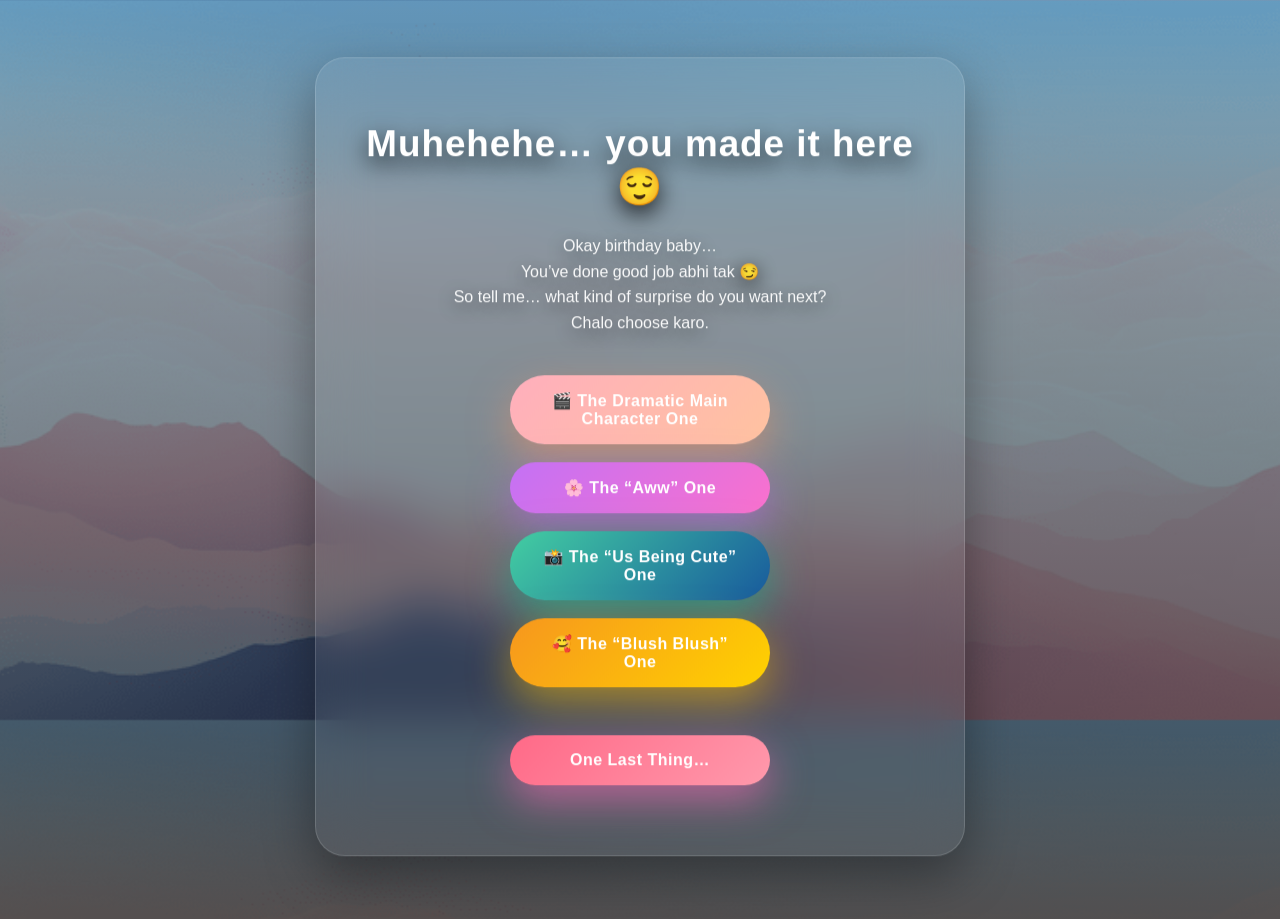
Repository: Drakaarys/muhehe
Page: fun.html
These files come from the project's save history. The page is drawn as it stood at one moment and after the next save; the edit follows.
The browser window is 1280 px wide. The pictures show the whole page.
Backgrounds fixed to the window are drawn as part of the page.

Above is the page before, as saved 2026-02-23 19:52:22.

After the next save:
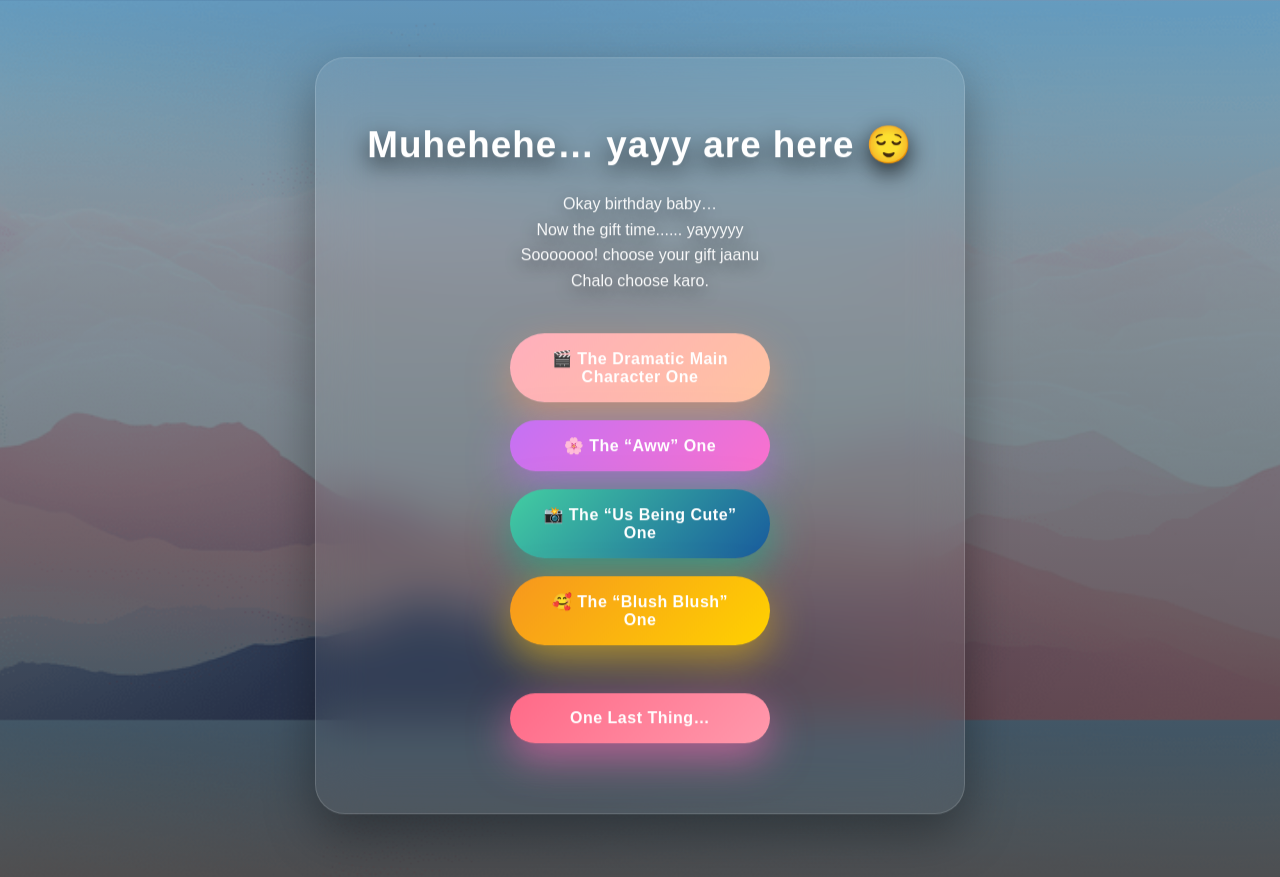
Saved 2 min 44 s later.
--- a/fun.html
+++ b/fun.html
@@ -168,12 +168,12 @@ body::before{
 
 <div class="container">
 
-	<h1 class="title">Muhehehe… you made it here 😌</h1>
+	<h1 class="title">Muhehehe… yayy are here 😌</h1>
 
 	<p class="subtitle">
 	Okay birthday baby… <br>
-	You’ve done good job abhi tak 😏 <br>
-	So tell me… what kind of surprise do you want next?<br>
+	Now the gift time...... yayyyyy <br>
+	Sooooooo! choose your gift jaanu<br>
 	Chalo choose karo.
 	</p>
 
